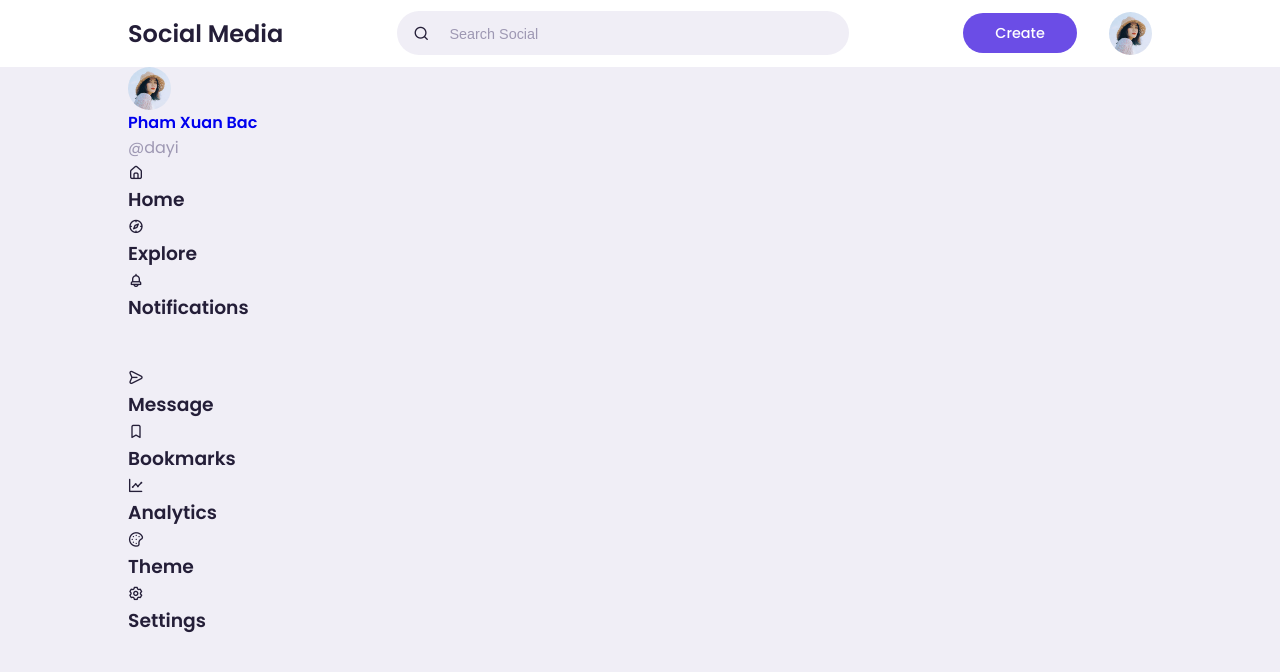
Repository: northpx/socialMedia
Page: index.html
An editor plug-in stored every save of this project. The page is shown before and after a run of saves, followed by the edit.
The browser window is 1280 px wide. The pictures show the whole page.
Pictures or frames that could not be fetched are drawn as grey boxes.

Above is the page before, as saved 2023-03-07 17:05:20.

After the next 4 saves:
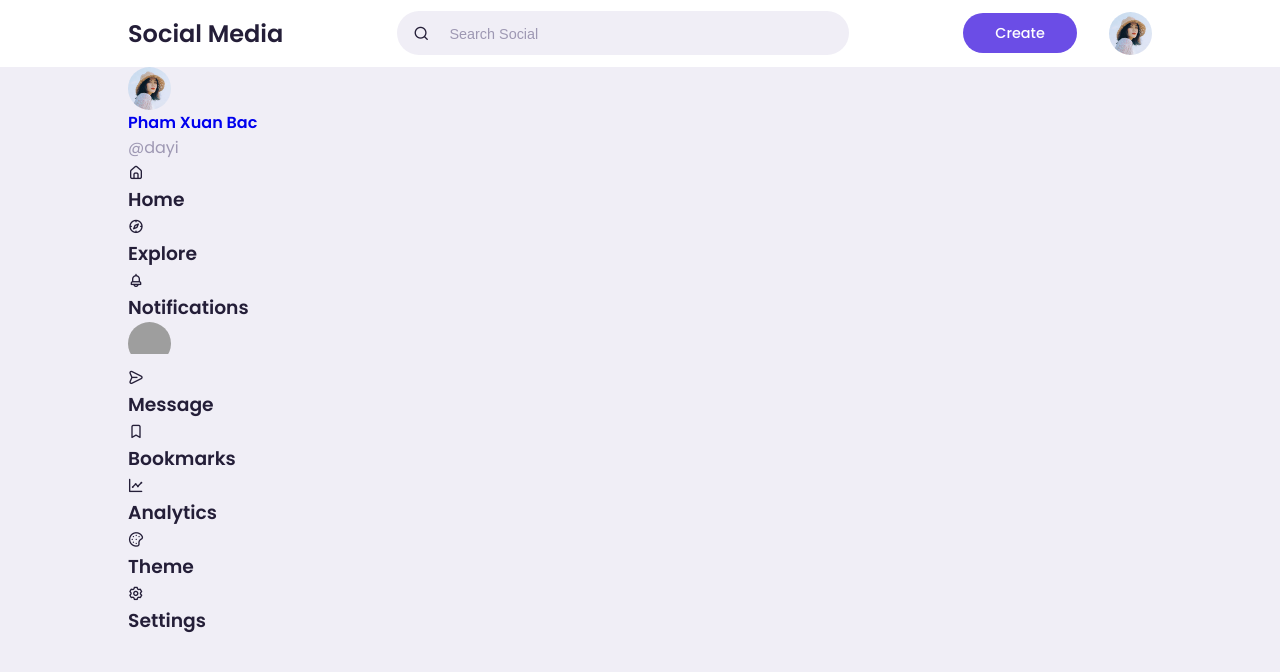
The 4 saves are shown as one change because they came seconds apart.
The last was saved 9 s later.
--- a/index.html
+++ b/index.html
@@ -56,7 +56,7 @@
                         <div class="notification-popup">
                             <div>
                                 <div class="profile-picture">
-
+                                    <img src="./images/pro" alt="">
                                 </div>
                             </div>
                         </div>
